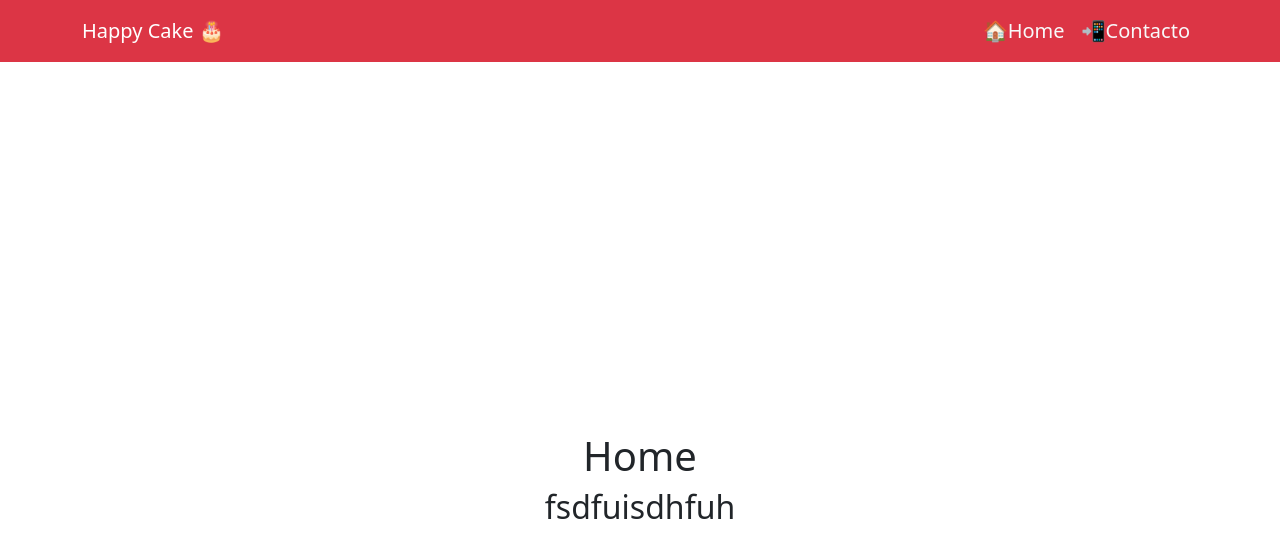
Repository: cvalenciapatagonia/Desafio-1-React-II
Page: /home
These files come from the project's save history. The page is drawn as it stood at one moment and after a run of saves; the edit follows.
The browser window is 1280 px wide. The pictures show the whole page.
The project was rebuilt for these pictures with package versions that can differ from the ones it lists, and the page was loaded fresh each time. Also part of the build but not shown: vite.config.js, src/views/Contacto.jsx.

Above is the page before, as saved 2023-09-22 13:33:45.

### src/App.jsx
import "./App.css";
import "bootstrap/dist/css/bootstrap.min.css";
import { BrowserRouter, Routes, Route } from "react-router-dom";
import Navbar from "./components/Navbar";
import Home from "./views/Home";
import Contacto from "./views/Contacto"

function App() {
  return (
    <>
      <div>
        <BrowserRouter>
          <Navbar />

          <Routes>
            <Route path="/home" element={<Home />} />
            <Route path="/contacto" element={<Contacto />} />
          </Routes>
        </BrowserRouter>
      </div>
    </>
  );
}

export default App;

### src/index.css
h1{
  padding-top: 10em;
}

### src/components/Navbar.jsx
import React from "react";
import { Link } from "react-router-dom";

export default function Navigation() {
  return (
    <>
      <header>
        <nav className="navbar navbar-expand-lg navbar-dark fixed-top navbar-custom bg-danger">
          <div className="container">
            <div className="navbar-brand">Happy Cake 🎂</div>
            <button
              className="navbar-toggler"
              type="button"
              data-bs-toggle="collapse"
              data-bs-target="#navbarTogglerDemo01"
              aria-controls="navbarTogglerDemo01"
              aria-expanded="false"
              aria-label="Toggle navigation"
            >
              <span className="navbar-toggler-icon"></span>
            </button>
            <div
              className="collapse navbar-collapse"
              id="navbarTogglerDemo01"
            >
              <ul className="navbar-nav ms-auto mb-2 mb-lg-0 fs-5">
                <li className="nav-item">
                  <Link className="nav-link active text-light" to="/home">🏠Home</Link>
                </li>
                <li className="nav-item">
                  <Link className="nav-link active text-light" to="/contacto">📲Contacto</Link>
                </li>
              </ul>
            </div>
          </div>
        </nav>
      </header>
    </>
  );
}

### src/views/Home.jsx
import React from 'react'

export default function Home() {
  return (
    <div>
        <h1>Home</h1>
        <h2>fsdfuisdhfuh</h2>
    </div>
  )
}

Loaded but not shown: index.html (common file); src/main.jsx (common file); src/App.css (common file)

After the next 2 saves:
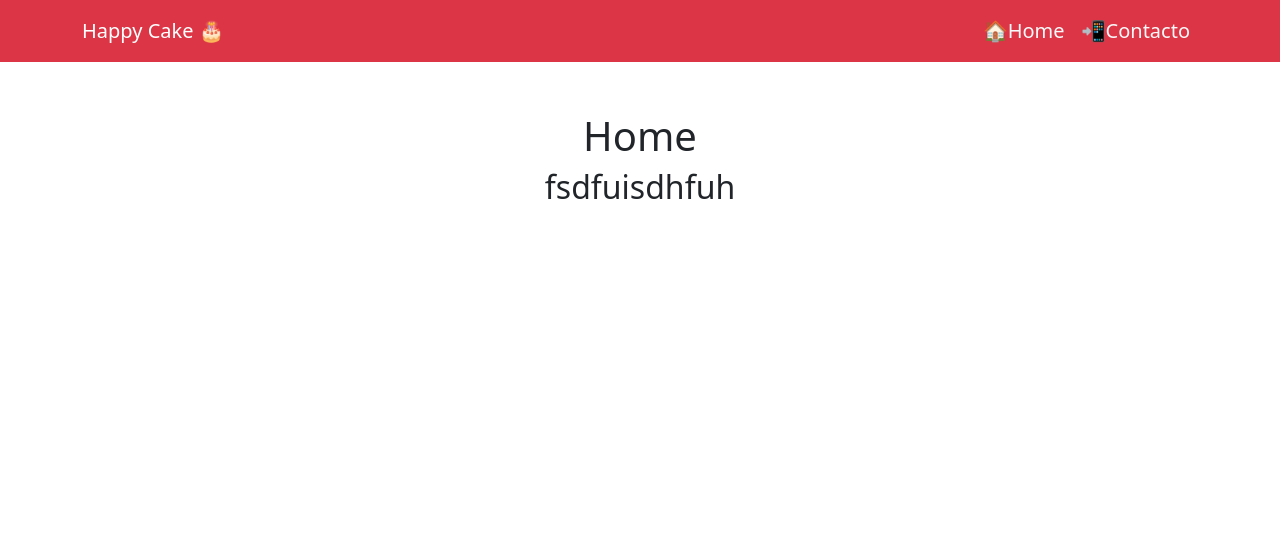
The 2 saves are shown as one change because they came seconds apart.
The last was saved 7 s later.
--- a/src/index.css
+++ b/src/index.css
@@ -1,3 +1,3 @@
 h1{
-  padding-top: 10em;
+  padding-top: 2em;
 }
